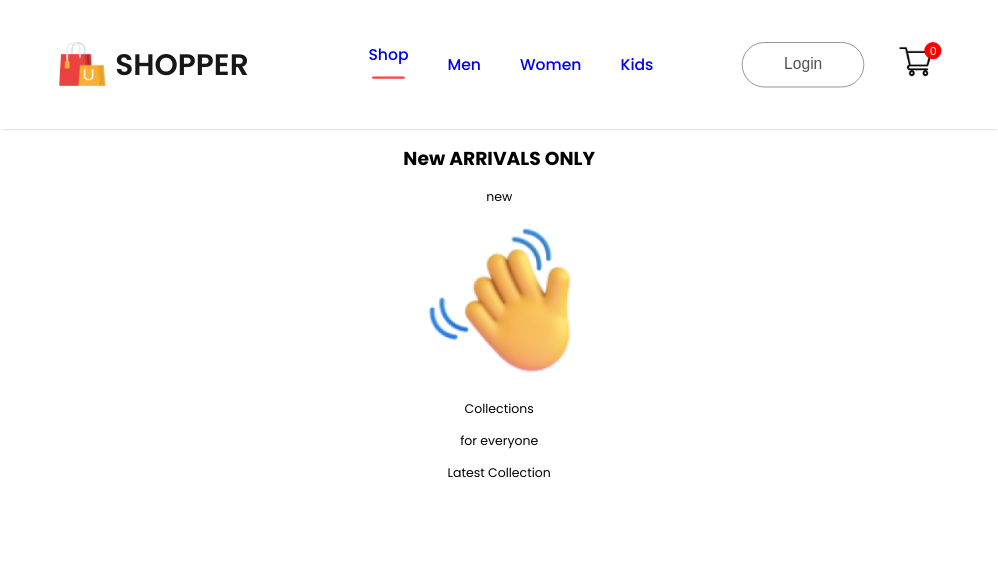
Repository: saritha55/EcommerceReactJs
Page: /
An editor plug-in stored every save of this project. The page is shown before and after the next save, followed by the edit.
The browser window is 1280 px wide. The pictures show the whole page, at 78% of full size.
The project was rebuilt for these pictures with package versions that can differ from the ones it lists, and the page was loaded fresh each time. Also part of the build but not shown: src/Components/Hero/Hero.css, src/Pages/ShopCategory.jsx, src/Pages/Product.jsx, src/Pages/Cart.jsx, src/Pages/LoginSignup.jsx.

Above is the page before, as saved 2024-12-02 14:42:22.

After the next save:
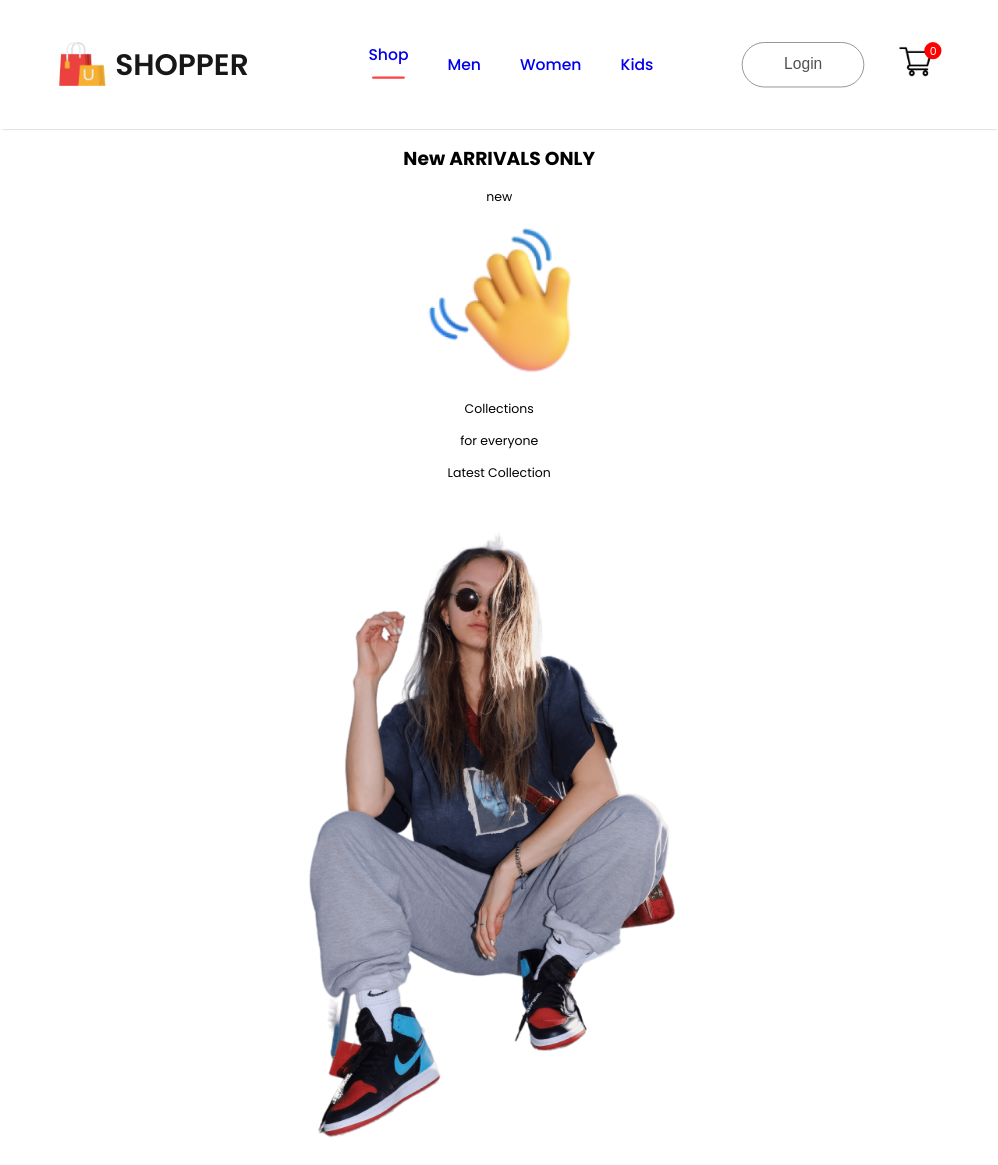
Saved 22 s later.
--- a/src/Components/Hero/Hero.jsx
+++ b/src/Components/Hero/Hero.jsx
@@ -23,6 +23,7 @@
         </div>
       </div>
       <div className="hero-right">
+        <img src={hero_image} alt="" />
 
       </div>
     </div>
